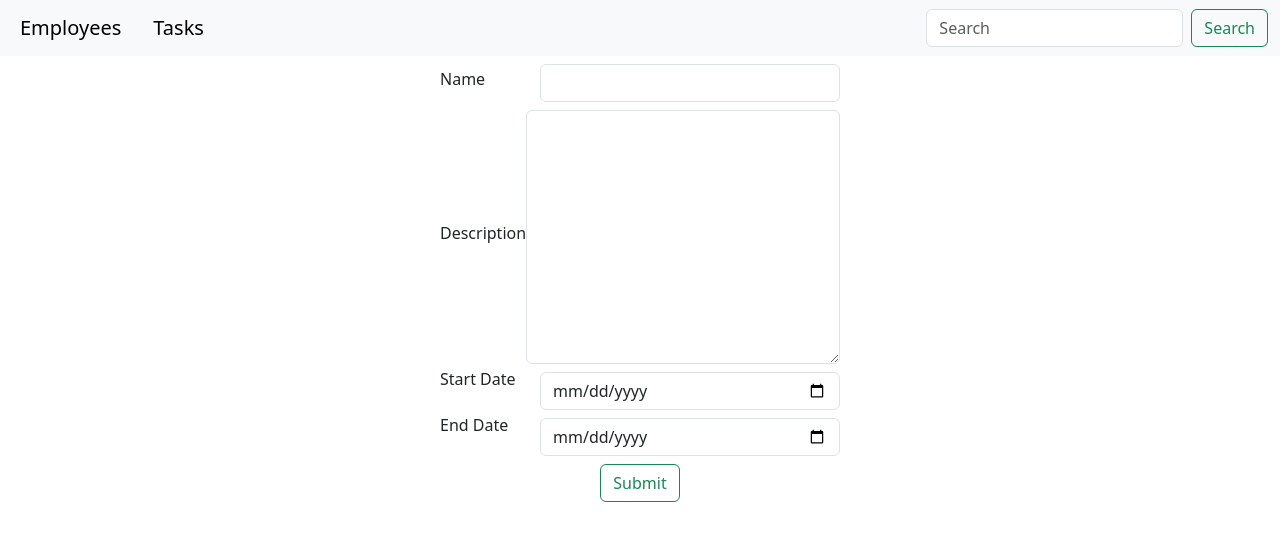
Repository: RaffiBarseghyan/employees
Page: /tasks
The author's editor kept a copy of each file at every save. The page is drawn from the files as they stood at one save, then again after a run of saves.
The browser window is 1280 px wide. The pictures show the whole page.
The project was rebuilt for these pictures with package versions that can differ from the ones it lists, and the page was loaded fresh each time. Some packages were replaced by stand-ins written for this rebuild. Also part of the build but not shown: src/App.css, src/Pages/Employees/employees.module.scss, src/Pages/UpDel/upDel.module.scss, src/Pages/UpDel/delete.jsx, src/Pages/Employees/employees.jsx, src/Pages/UpDel/update.jsx.

Above is the page before, as saved 2023-06-15 21:42:36.

### src/App.jsx
import "./App.css";
import Header from "./Pages/Header/header";
import { BrowserRouter, Routes, Route } from "react-router-dom";
import "bootstrap/dist/css/bootstrap.css";
import Employees from "./Pages/Employees/employees";
import Tasks from "./Pages/Tasks/tasks";
import Update from "./Pages/UpDel/update";

function App() {
  return (
    <>
      <BrowserRouter>
        <Header />

        <Routes>
          <Route path="/employees" element={<Employees />} />

          <Route path="/tasks" element={<Tasks />} />
          <Route path="/update" element={<Update />} />
        </Routes>
      </BrowserRouter>
    </>
  );
}

export default App;

### src/Pages/Header/header.jsx
import { Link } from "react-router-dom";
import style from "./header.module.scss";

function Header() {
  return (
    <>
      <nav className="navbar navbar-expand-lg bg-body-tertiary">
        <div className="container-fluid">
          <button
            className="navbar-toggler"
            type="button"
            data-bs-toggle="collapse"
            data-bs-target="#navbarSupportedContent"
            aria-controls="navbarSupportedContent"
            aria-expanded="false"
            aria-label="Toggle navigation"
          >
            <span className="navbar-toggler-icon"></span>
          </button>
          <div className="collapse navbar-collapse" id="navbarSupportedContent">
            <ul className="navbar-nav me-auto mb-2 mb-lg-0">
              <li className="nav-item">
                <Link className={`nav-link navbar-brand active ${style.linkStyle}`} to="/employees">
                  Employees
                </Link>
              </li>
              <li className="nav-item">
                <Link
                  className={`nav-link navbar-brand ${style.linkStyle}`}
                  to="/tasks"
                >
                  Tasks
                </Link>
              </li>
            </ul>
            <form className="d-flex" role="search">
              <input
                className="form-control me-2"
                type="search"
                placeholder="Search"
                aria-label="Search"
              />
              <button className="btn btn-outline-success" type="submit">
                Search
              </button>
            </form>
          </div>
        </div>
      </nav>
    </>
  );
}

export default Header;

### src/Pages/Tasks/tasks.jsx
import style from "./tasks.module.scss";

function Tasks() {
  return (
    <>
      <form
        action="https://rocky-temple-83495.herokuapp.com/tasks"
        method="post"
        target="_blank"
        className={`${style.employeeForm} container`}
      >
        <label htmlFor="name">
          Name
          <input
            className="form-control mt-2 "
            type="text"
            id="name"
            name="name"
          />
        </label>

        <label htmlFor="description">
          Description
          <textarea
            name="description"
            id="description"
            cols="30"
            rows="10"
            className="form-control mt-2"
          ></textarea>
        </label>

        <label htmlFor="startDate">
          <p>Start Date </p>
          <input
            className="form-control mt-2"
            type="date"
            id="startDate"
            name="startDate"
            placeholder="startDate"
          />
        </label>

        <label htmlFor="endDate">
          <p> End Date</p>
          <input
            className="form-control mt-2"
            type="date"
            id="endDate"
            name="endDate"
            placeholder="endDate"
          />
        </label>

        <input
          className="btn btn-outline-success mt-2"
          type="submit"
          value="Submit"
        />
      </form>
    </>
  );
}

export default Tasks;

### src/Pages/Tasks/tasks.module.scss
.employeeForm{
    width: 500px;
    display: flex;
    flex-direction: column;
    align-items: center;
    >label{
        width: 400px;
        display: flex;
        align-items: center;
        flex-direction: row;
        >input{
            width: 300px;
            margin-left: auto;

        }
    }

}

Loaded but not shown: src/index.js (common file); src/index.css (common file); src/reportWebVitals.js (common file); src/Pages/Header/header.module.scss (no stored copy; drawn as an empty file)

After the next 2 saves:
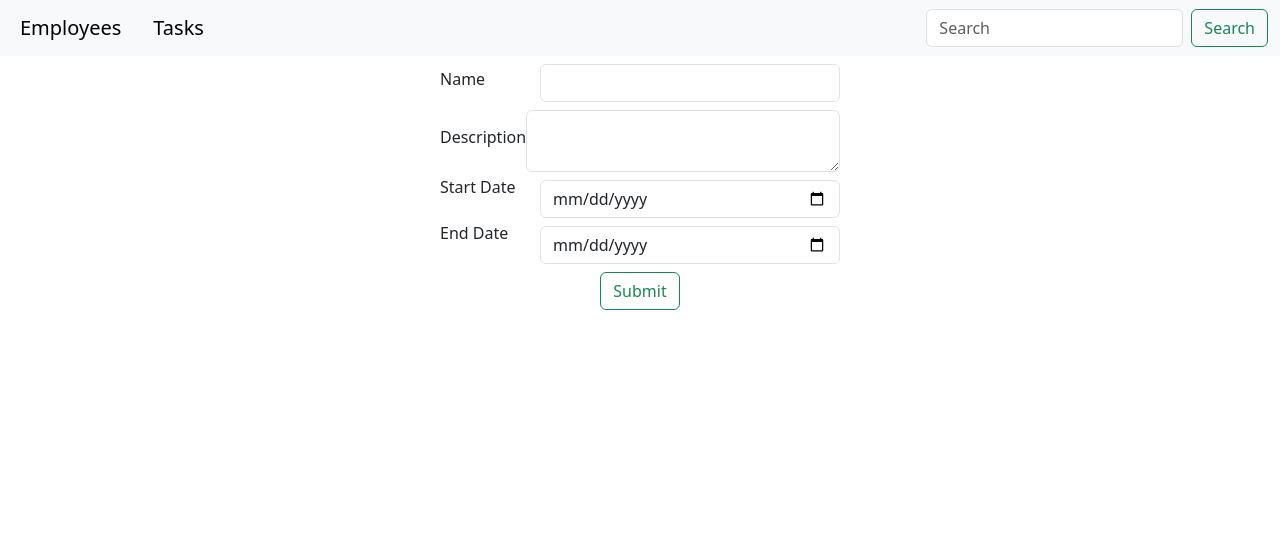
The 2 saves are shown as one change because they came seconds apart.
The last was saved 8 s later.
--- a/src/Pages/Tasks/tasks.jsx
+++ b/src/Pages/Tasks/tasks.jsx
@@ -24,8 +24,6 @@ function Tasks() {
           <textarea
             name="description"
             id="description"
-            cols="30"
-            rows="10"
             className="form-control mt-2"
           ></textarea>
         </label>
